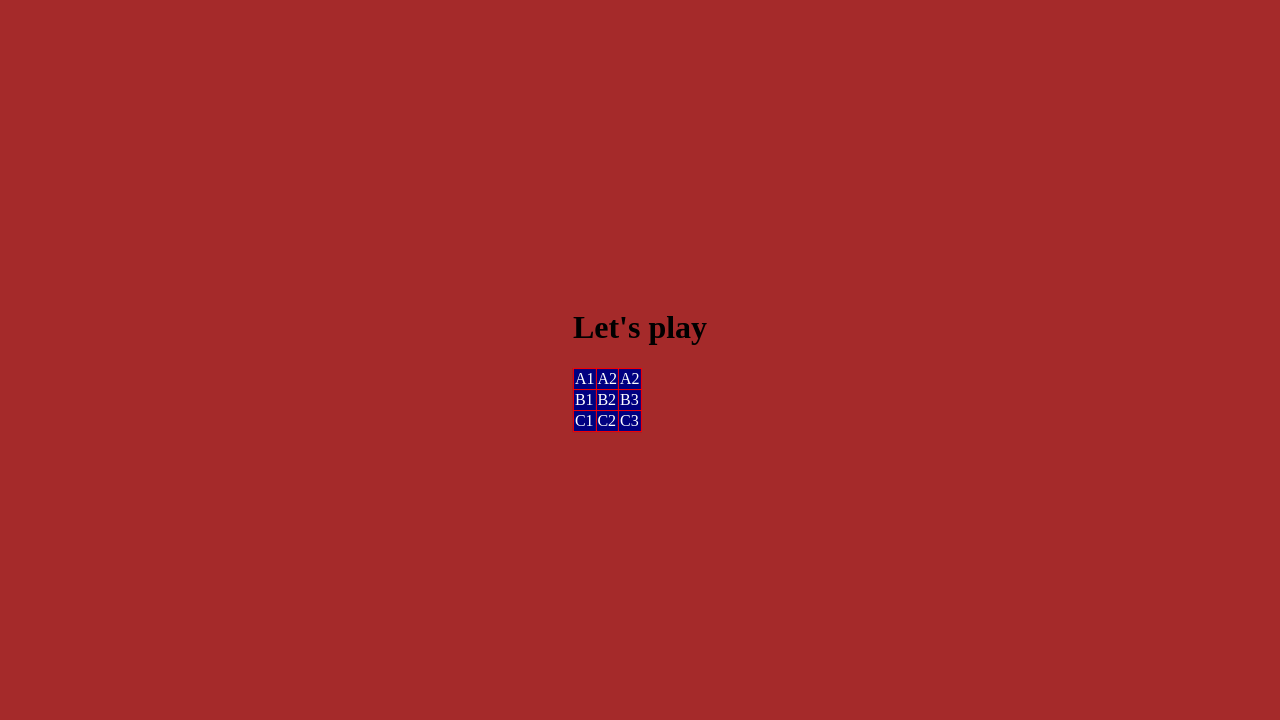
Repository: anas-essaguiar/epita.advancedWeb
Page: tictatoe/index.html
The author's editor kept a copy of each file at every save. The page is drawn from the files as they stood at one save, then again after the next save.
The browser window is 1280 px wide. The pictures show the whole page.

Above is the page before, as saved 2021-04-14 15:01:19.

### tictatoe/index.html
<!DOCTYPE html>
<html>

<head>
    <meta charset="UTF-8">
    <title>TIC TAC TOE</title>
    <link rel="stylesheet" href="style.css">
</head>

<body>
    <div class="centered">
        <h1>Let's play</h1>
        <table id="table1">
            <tr>
                <td class="col">A1</td>
                <td class="col">A2</td>
                <td class="col">A2</td>
            </tr>
            <tr>
                <td class="col">B1</td>
                <td class="col">B2</td>
                <td class="col">B3</td>
            </tr>
            <tr>
                <td class="col">C1</td>
                <td class="col">C2</td>
                <td class="col">C3</td>
            </tr>
        </table>
    </div>

</body>

</html>

### tictatoe/style.css
body{
background-color: brown;
}
.col{
    border: 1px solid red;
}
#table1 {
    background: navy;
    color: white;
    border-spacing: 10px;
    border-collapse: collapse;
}
.centered {
    position: absolute;
    top: 50%;
    left: 50%;
    margin-right: -50%;
    transform: translate(-50%, -50%);
  }

After the next save:
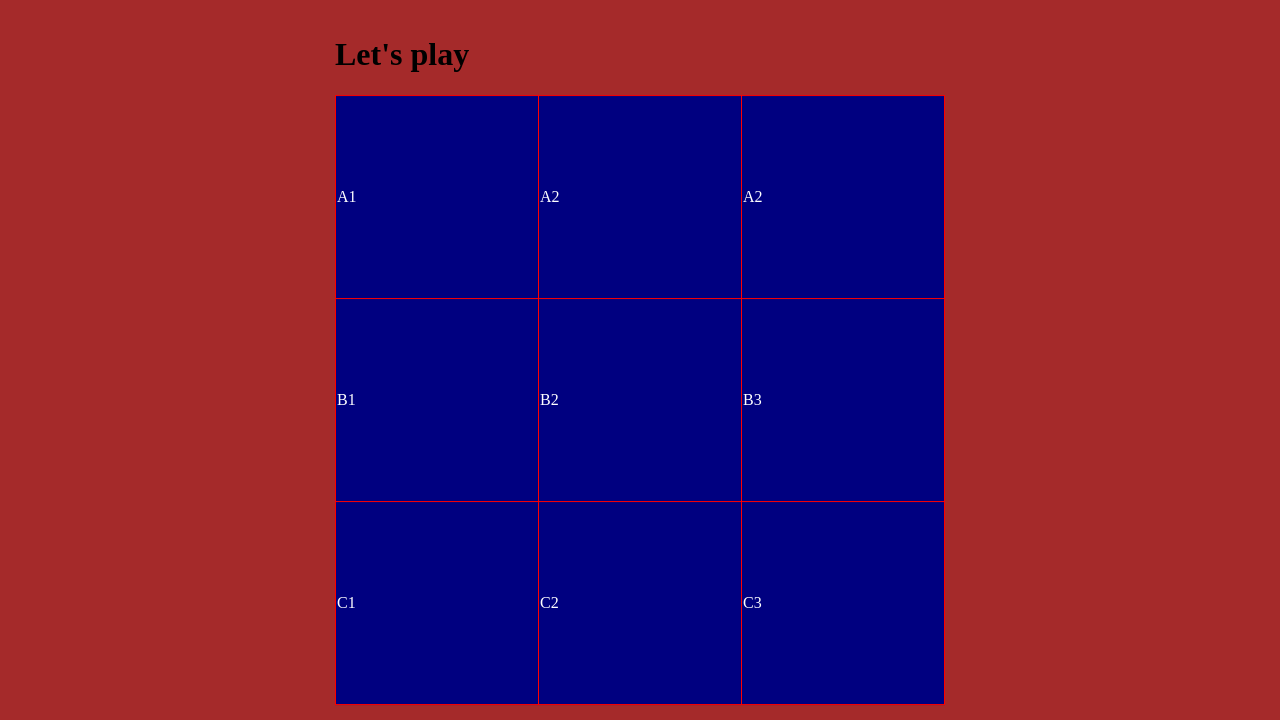
Saved 62 s later.
--- a/tictatoe/style.css
+++ b/tictatoe/style.css
@@ -3,6 +3,8 @@ background-color: brown;
 }
 .col{
     border: 1px solid red;
+    width: 200px;
+    height: 200px;
 }
 #table1 {
     background: navy;
